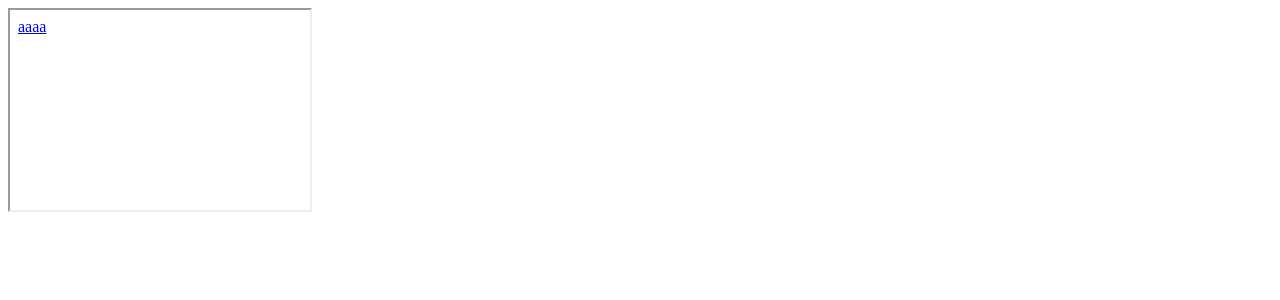
Repository: merryoumin/metlife_test
Page: main.html
An editor plug-in stored every save of this project. The page is shown before and after the next save, followed by the edit.
The browser window is 1280 px wide. The pictures show the whole page.

Above is the page before, as saved 2022-04-27 22:43:37.

### main.html
<!DOCTYPE html>
<html lang="en">
  <head>
    <meta charset="UTF-8" />
    <meta http-equiv="X-UA-Compatible" content="IE=edge" />
    <meta name="viewport" content="width=device-width, initial-scale=1.0" />
    <title>iframe 팝업창 띄우기 소스</title>
    <script language="javascript">
        function fun_open(){
               window.open("http://www.naver.com", 'win', 'width=400,height=150,top=0,left=0,scrollbars=no,resizable=no');
        }
    </script>
    </head>
    <iframe src="iframe.html" width="300" height="200" frameborder="1">
  <body></body>
</html>

### iframe.html
<!DOCTYPE html>
<html lang="en">
  <head>
    <meta charset="UTF-8" />
    <meta http-equiv="X-UA-Compatible" content="IE=edge" />
    <meta name="viewport" content="width=device-width, initial-scale=1.0" />
    <title>Document</title>
  </head>
  <body>
    <a href="#" onclick="parent.fun_open()">aaaa</a>
  </body>
</html>

After the next save:
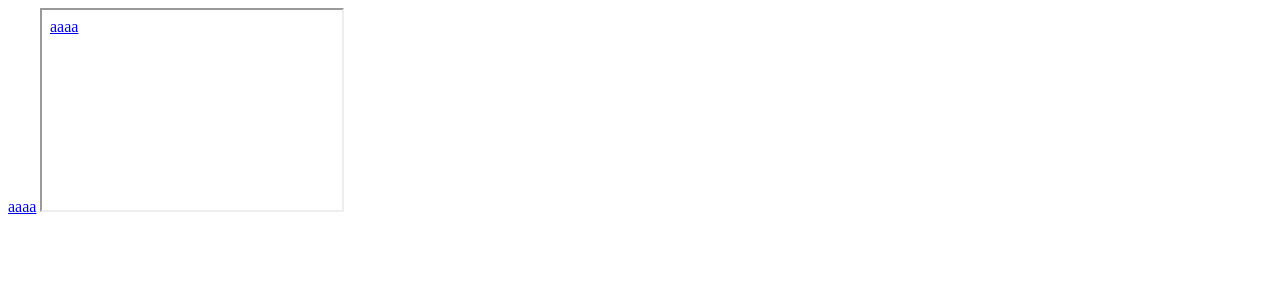
Saved 2 min 11 s later.
--- a/main.html
+++ b/main.html
@@ -5,6 +5,7 @@
     <meta http-equiv="X-UA-Compatible" content="IE=edge" />
     <meta name="viewport" content="width=device-width, initial-scale=1.0" />
     <title>iframe 팝업창 띄우기 소스</title>
+    <a href="#" onclick="fun_open()">aaaa</a>
     <script language="javascript">
         function fun_open(){
                window.open("http://www.naver.com", 'win', 'width=400,height=150,top=0,left=0,scrollbars=no,resizable=no');
